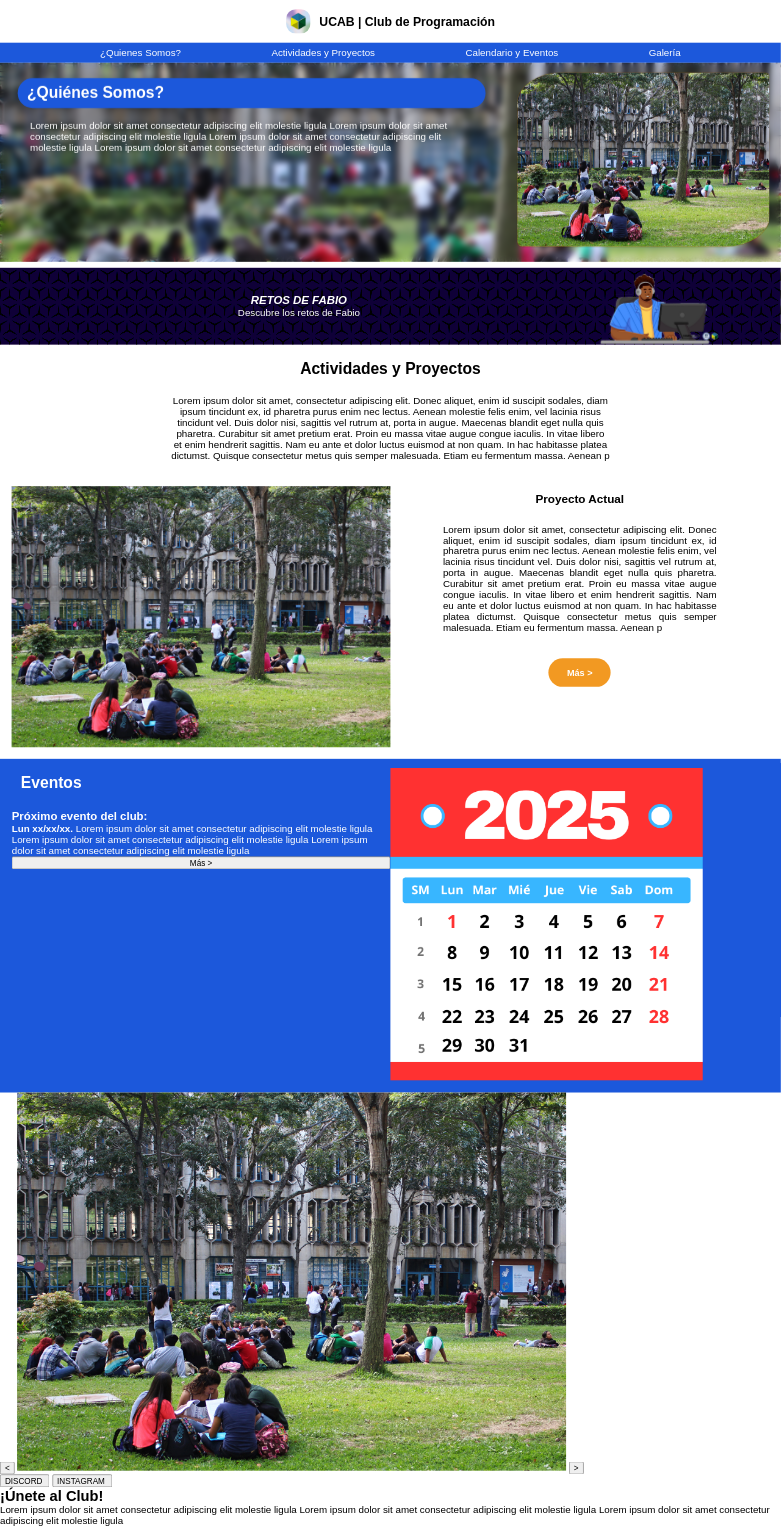
Repository: LuisR404/LandingPage
Page: Pages/QuienesSomos.html
An editor plug-in stored every save of this project. The page is shown before and after the next save, followed by the edit.
The browser window is 1280 px wide. The pictures show the whole page, at 61% of full size.

Above is the page before, as saved 2025-11-10 14:19:13.

### Pages/QuienesSomos.html
<!DOCTYPE html>
<html lang="es">
<head>
    <meta charset="UTF-8">
    <meta name="viewport" content="width=device-width, initial-scale=1.0">
    <link rel="stylesheet" href="../Styles/CommonStyles.css">   <!-- ESTILOS GENERALES -->
    <link rel="stylesheet" href="../Styles/QuienesSomos.css">   <!-- ESTILOS DE LA PÁGINA -->
    <title>Quienes Somos</title>
</head>

<body>
    <!-- TITULO -->
    <section class="header">
        <img src="../resources/club_icon.jpg" alt="" id="header-logo">
        <h1>UCAB | Club de Programación</h1>
    </section>

    <!-- NAV BAR -->
    <nav class="header-nav">
        <ul>
            <li><a href="./QuienesSomos.html">¿Quienes Somos?</a></li>
            <li><a href="./ActividadesYProyectos.html">Actividades y Proyectos</a></li>
            <li><a href="./CalendarioYEventos.html">Calendario y Eventos</a></li>
            <li><a href="./Galeria.html">Galería</a></li>
        </ul>
    </nav>

    <!-- QUIENES SOMOS -->
    <section class="quienes-somos">
        <div class="container">
            <div id="quienes-somos-text">
                <h2>¿Quiénes Somos?</h2>
                <p>
                    Lorem ipsum dolor sit amet consectetur adipiscing elit molestie ligula
                    Lorem ipsum dolor sit amet consectetur adipiscing elit molestie ligula
                    Lorem ipsum dolor sit amet consectetur adipiscing elit molestie ligula
                    Lorem ipsum dolor sit amet consectetur adipiscing elit molestie ligula
                </p>
            </div>

            <div id="quienes-somos-img">
                <img src="../resources/test_img.jpg" alt="">
            </div>
        </div>
    </section>

    <!-- RETOS DE FABIO -->
    <section class="retos-fabio">
        <div>
            <h3><i>RETOS DE FABIO</i></h3>
            <p>Descubre los retos de Fabio</p>
        </div>

        <img src="../resources/fabio.png" alt="">
    </section>

    <!-- ACTIVIDADES Y PROYECTOS -->
    <section class="actividades-proyectos">
        <h2>Actividades y Proyectos</h2>

        <p>
            Lorem ipsum dolor sit amet, consectetur adipiscing elit. Donec aliquet,
            enim id suscipit sodales, diam ipsum tincidunt ex, id pharetra purus enim nec lectus.
            Aenean molestie felis enim, vel lacinia risus tincidunt vel. Duis dolor nisi, sagittis
            vel rutrum at, porta in augue. Maecenas blandit eget nulla quis pharetra. Curabitur sit amet pretium erat.
            Proin eu massa vitae augue congue iaculis. In vitae libero et enim hendrerit sagittis.
            Nam eu ante et dolor luctus euismod at non quam. In hac habitasse platea dictumst.
            Quisque consectetur metus quis semper malesuada. Etiam eu fermentum massa. Aenean p
        </p>

        <div class="proyecto">
            <img src="../resources/test_img.jpg" alt="">

            <div>

                <h3>Proyecto Actual</h3>

                <p>
                    Lorem ipsum dolor sit amet, consectetur adipiscing elit. Donec aliquet,
                    enim id suscipit sodales, diam ipsum tincidunt ex, id pharetra purus enim nec lectus.
                    Aenean molestie felis enim, vel lacinia risus tincidunt vel. Duis dolor nisi, sagittis
                    vel rutrum at, porta in augue. Maecenas blandit eget nulla quis pharetra. Curabitur sit amet pretium erat.
                    Proin eu massa vitae augue congue iaculis. In vitae libero et enim hendrerit sagittis.
                    Nam eu ante et dolor luctus euismod at non quam. In hac habitasse platea dictumst.
                    Quisque consectetur metus quis semper malesuada. Etiam eu fermentum massa. Aenean p
                </p>

                <button>Más ></button>
            </div>
        </div>
    </section>

    <!-- EVENTOS -->
    <section class="eventos">
        <div>

            <h2>Eventos</h2>

            <h3>Próximo evento del club:</h3>

            <p>
                <b>Lun xx/xx/xx.</b>
                Lorem ipsum dolor sit amet consectetur adipiscing elit molestie ligula
                Lorem ipsum dolor sit amet consectetur adipiscing elit molestie ligula
                Lorem ipsum dolor sit amet consectetur adipiscing elit molestie ligula
            </p>

            <button>Más ></button>

        </div>

        <img src="../resources/calendario_test_img.png" alt="">
    </section>

    <!-- CARRUSEL -->
    <section>
        <button><</button>

        <img src="../resources/test_img.jpg" alt="">

        <button>></button>
    </section>

    <!-- UNETE -->
    <section>
        <div>
            <button>DISCORD <img src="" alt=""></button>
            <button>INSTAGRAM <img src="" alt=""></button>
        </div>

        <div>
            <h2>¡Únete al Club!</h2>

            <p>
                Lorem ipsum dolor sit amet consectetur adipiscing elit molestie ligula
                Lorem ipsum dolor sit amet consectetur adipiscing elit molestie ligula
                Lorem ipsum dolor sit amet consectetur adipiscing elit molestie ligula
            </p>
        </div>
    </section>

</body>
</html>

### Styles/CommonStyles.css
/* ============ ESTILOS DE PAGINA ============ */
* {
    font-family: Arial, Helvetica, sans-serif;
    margin: 0;
}

img {
    max-width: 100% ;
}

/* ============ HEADER ============ */
.header {
    display: flex;
    justify-content: center;
    align-items: center;

    padding-top: 15px;
    padding-bottom: 15px;
}

.header h1 {  /* ------> titulo */
    font-size: clamp(17px, 4vw, 20px);
    white-space: nowrap;

    margin-left: 15px;
}

#header-logo {  /* ------> logo */
    width: clamp(32px, 7vw, 40px);
    height: clamp(32px, 7vw, 40px);

    border-radius: 40%;
}

/* ========== NAV BAR ========== */
.header-nav {
    display: flex;
    justify-content: center;

    padding-top: 7.5px;
    padding-bottom: 7.5px;


    background-color: #1C58DB;
}

.header-nav ul {  /* ------> lista */
    display: flex;
    flex-direction: row;
    justify-content: space-around;

    width: 1100px;

    padding: 0;

    list-style: none;
}

.header-nav ul li a {  /* ------> links */
    text-decoration: none;
    color: white;
}

### Styles/QuienesSomos.css
/* =========== QUIENES SOMOS =========== */

.quienes-somos {
    display: flex;
    justify-content: center;

    width: 100%;

    background-image: url(../resources//test_img.jpg);
    background-position: center;
    background-size: 100%;
    background-color: grey
}

.quienes-somos .container {
    display: grid;
    grid-template-rows: 1fr;
    grid-template-columns: 2fr 1fr;

    width: 100%;

    padding-top: clamp(5px, 1.2vw, 25px);
    padding-bottom: clamp(10px, 1.5vw, 30px);
    padding-left: clamp(2px, 1.5vw, 30px);
    padding-right: clamp(2px, 1.5vw, 30px);

    backdrop-filter: blur(5px);
}

/* -----------> texto <----------- */

#quienes-somos-text {  /* ----------> contenedor */
    display: flex;
    flex-direction: column;

    padding: 10px 4vw 10px 10px;
}


#quienes-somos-text h2 { /* ----------> subtitulo */
    font-size: clamp(20px, 2vw, 30px);
    font-weight: 800;
    white-space: nowrap;
    color: white;

    padding: 10px 15px 10px 15px;
    margin-bottom: 20px;

    border-radius: 30px;

    background-color: #1C58DB;
}

#quienes-somos-text p { /* ----------> parrafo */
    font-size: auto;
    color: white;

    justify-content: center;

    padding: 0px 20px;
}

/* -----------> imagen <----------- */

#quienes-somos-img { /* ----------> contenedor */
    width: 100%;
    height: auto;

    align-content: center;

    overflow: hidden;
}

#quienes-somos-img img{  /* ----------> imagen */
    width: 100%;
    height: auto;

    border: 1px solid   rgba(0, 0, 0, 0.2);
    border-radius: 18% 10px 18% 10px;

    background-color: rgba(255, 162, 0, 0.258);

    aspect-ratio: auto;
    object-fit: cover;
}

/* -----------> media queries <----------- */

@media (max-width: 600px) {

    .quienes-somos .container {
        grid-template-columns: 1fr; /* ------> ajusta la disposicion del grid */
    }

    #quienes-somos-img {
        display: none; /* --------> invisibiliza la imagen */
    }
}


/* =========== RETOS DE FABIO =========== */

.retos-fabio {
    display: grid;
    grid-template-columns: 1fr 300px;

    text-wrap: nowrap;

    margin-top: 10px;

    background-color: rgb(20, 0, 67);
    background-image: url('../resources/textura.jpg');
    background-size:15vw;
    background-blend-mode:color-burn;
}

/* -----------> texto <----------- */
.retos-fabio div {
    text-align: center;
    align-self: center;
    color: white;
    width: 100%;
}

/* -----------> imagen <----------- */
.retos-fabio img {
    justify-self: end;

    max-width: 200px;
    height: auto;

    margin-right: 100px;
    margin-top: 10px;
}

/* -----------> efecto hover <----------- */
.retos-fabio:hover {
    cursor: pointer;
}

/* -----------> media queries <----------- */

@media (max-width: 600px) {
    .retos-fabio {  /* ----------> ajusta la disposicion del grid */
        grid-template-columns: 1fr;
    }

    .retos-fabio img {  /* ----------> desaparece la imagen */
        display: none;
    }

    .retos-fabio div {  /* ----------> ajusta el texto y el margen */
        font-size: 12px;

        padding: 10px;
    }
}


/* =========== ACTIVIDADES Y PROYECTOS =========== */

.actividades-proyectos {
    display: flex;
    flex-direction: column;

    padding-top: clamp(5px, 1.2vw, 25px);
    padding-bottom: clamp(10px, 1.5vw, 30px);
    padding-left: clamp(2px, 1.5vw, 30px);
    padding-right: clamp(2px, 1.5vw, 30px);

}

.actividades-proyectos h2 {  /* ----------> subtitulo */
    font-size: clamp(20px, 2vw, 30px);
    font-weight: 800;
    text-align: center;
    white-space: nowrap;

    padding: 10px 15px 10px 15px;
    margin-bottom: 20px;
}

.actividades-proyectos p {  /* ----------> parrafo */
    text-align: center;
    text-wrap: balance;

    align-self: center;

    max-width: 60%;

    margin-bottom: 40px;
}

/* -----------> proyecto <----------- */

.proyecto {
    display: grid;
    grid-template-rows: 1fr;
    grid-template-columns: 1fr 1fr;
}

/* ----------->> imagen <<----------- */

.proyecto img {
    justify-self: right;
}

/* ----------->> texto <<----------- */

.proyecto div {  /* ----------> contenedor */
    display: flex;
    flex-direction: column;
    justify-self: left;

    padding-left: 30px;
    padding-right: 30px;
}

.proyecto div h3 {  /* ----------> subtitulo */
    font-size: clamp(15px, 1.5vw, 25px);
    font-weight: 800;
    text-align: center;
    white-space: nowrap;

    padding: 10px 15px 10px 15px;
    margin-bottom: 20px;
}

.proyecto div p {  /* ----------> parrafo */
    text-align: justify;
    hyphenate-limit-chars: 2;
    text-wrap: balance;

    align-self: center;

    max-width: 80%;

    margin-bottom: 40px;
}

.proyecto div button {  /* ----------> boton mas */
    font-size: 15px;
    font-weight: 800;
    color: white;

    align-self: center;

    width: fit-content;

    padding: 15px 30px;

    border: none;
    border-radius: 25px;
    background-color: #F29922;
}

/* =========== EVENTOS =========== */

.eventos {
    display: grid;
    grid-template-rows: 1fr;
    grid-template-columns: 1fr 1fr;

    max-width: 100%;

    padding-top: clamp(5px, 1.2vw, 25px);
    padding-bottom: clamp(10px, 1.5vw, 30px);
    padding-left: clamp(2px, 1.5vw, 30px);
    padding-right: clamp(2px, 1.5vw, 30px);

    background-color: #1C58DB;
}

/* ----------->> texto <<----------- */

.eventos div {
    display: flex;
    flex-direction: column;

    color: white;
}

.eventos div h2 {
    font-size: clamp(20px, 2vw, 30px);
    font-weight: 800;
    text-align: left;
    white-space: nowrap;

    padding: 10px 15px 10px 15px;
    margin-bottom: 20px;
}

After the next save:
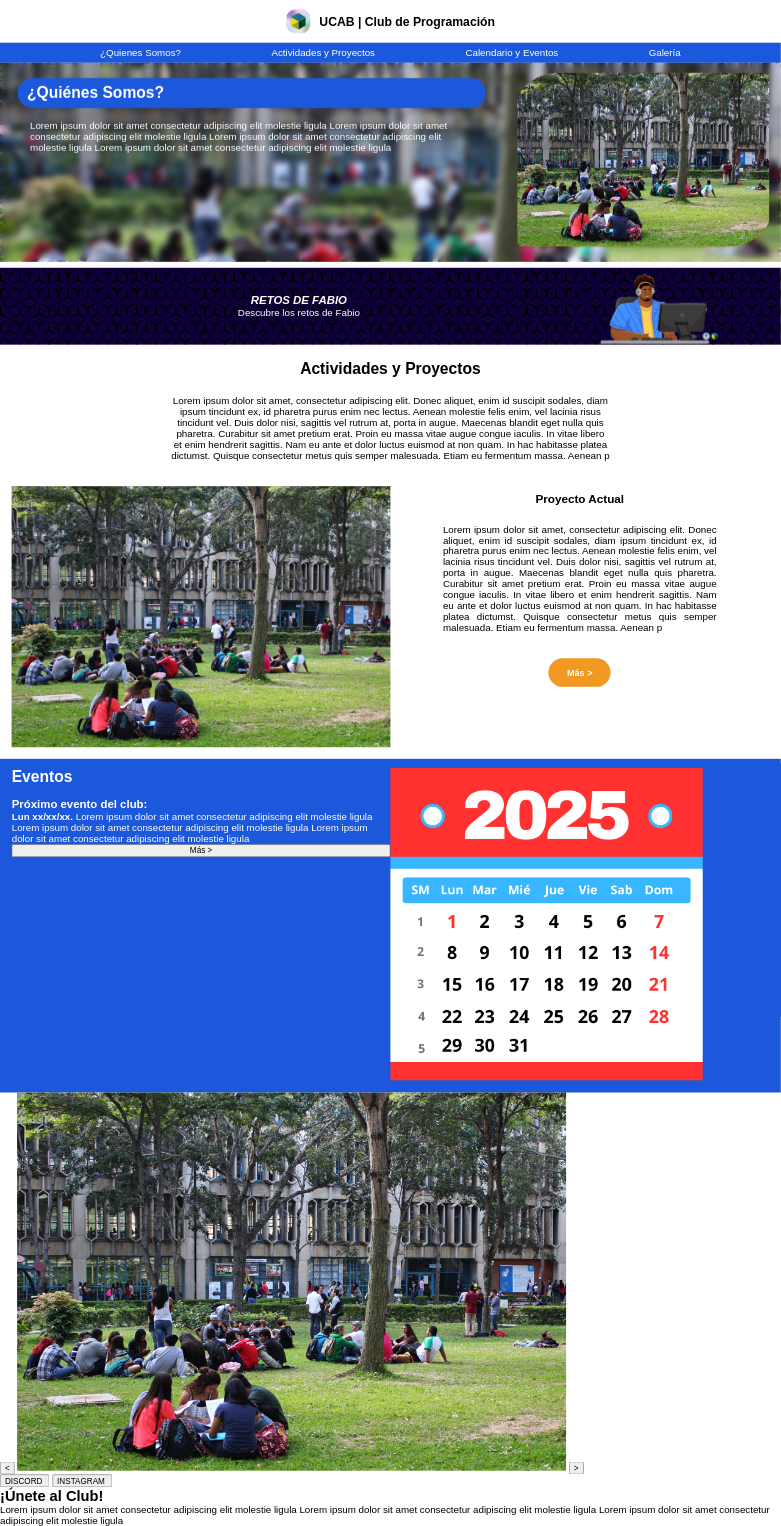
Saved 15 s later.
--- a/Styles/QuienesSomos.css
+++ b/Styles/QuienesSomos.css
@@ -286,6 +286,5 @@
     text-align: left;
     white-space: nowrap;
 
-    padding: 10px 15px 10px 15px;
-    margin-bottom: 20px;
-}
+    margin-bottom: 20px;
+}
